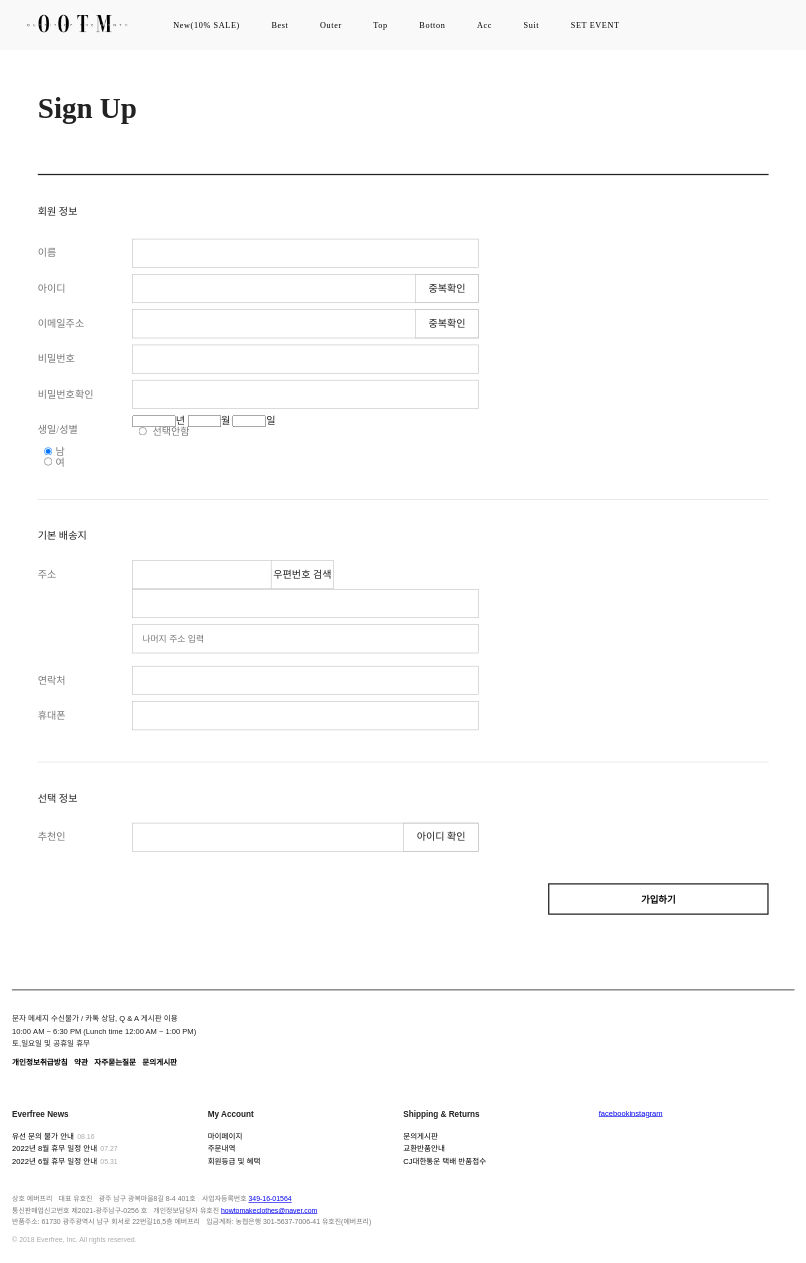
Repository: parkjunhoo/ootm
Page: http://localhost/ootm/jsp/signup.jsp
An editor plug-in stored every save of this project. The page is shown before and after the next save, followed by the edit.
The browser window is 1280 px wide. The pictures show the whole page, at 63% of full size.
The page is served by Tomcat 9. Nobody is signed in. The application's start-up code is not run.

Above is the page before, as saved 2023-04-23 12:30:02.

After the next save:
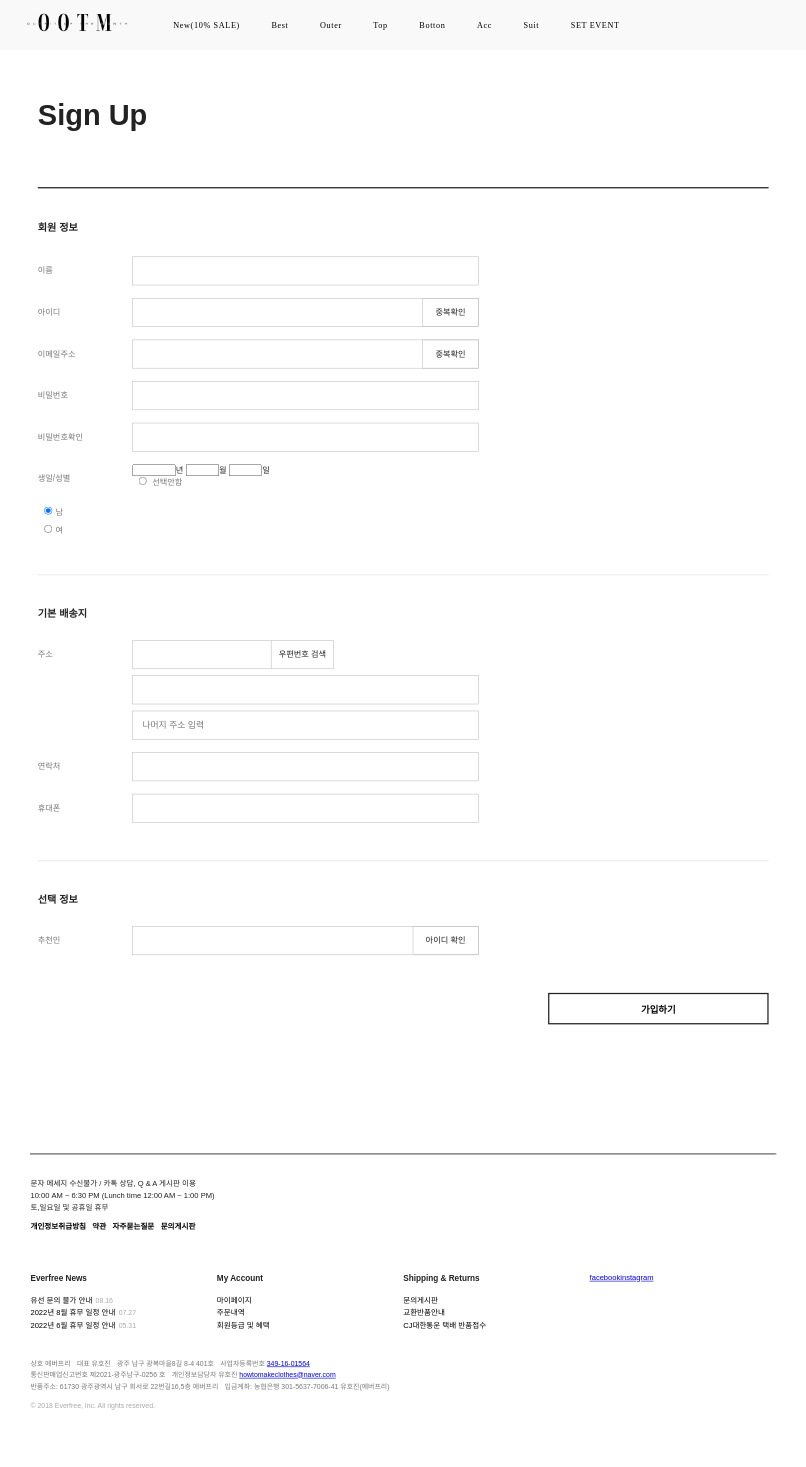
Saved 66 s later.
--- a/ootm/src/main/webapp/jsp/signup.jsp
+++ b/ootm/src/main/webapp/jsp/signup.jsp
@@ -144,7 +144,6 @@ input[type="radio"]{
         <!-- CSS -->
         <link rel="stylesheet" type="text/css" href="/ootm/component/header/header.css"/>
         <link rel="stylesheet" type="text/css" href="/ootm/component/footer/footer.css"/>
-        <link rel="stylesheet" type="text/css" href="/ootm/css/reset.css"/>
         <link rel="stylesheet" type="text/css" href="/ootm/css/test.css"/>
 </head>
 <body>
